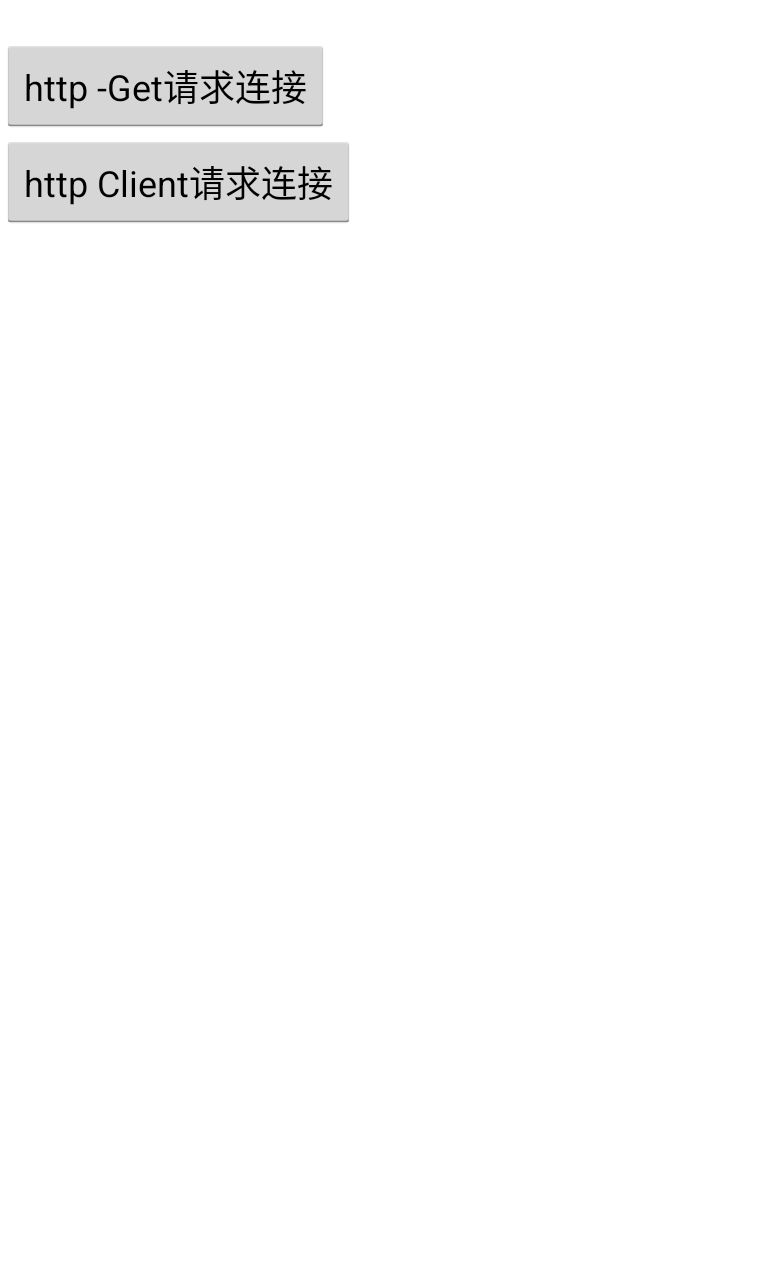
Repository: Lei13/Android
Layout: androidframe/res/layout/http_connect_activity_layout.xml
The author's editor kept a copy of each file at every save. The layout is drawn from the files as they stood at one save, then again after the next save.
It is drawn on a 768 x 1280 px phone screen (xhdpi) without system bars, with theme AppTheme; the app's code is not run.

Above is the layout before, as saved 2015-11-19 02:21:29.

### androidframe/res/layout/http_connect_activity_layout.xml
<?xml version="1.0" encoding="utf-8"?>
<LinearLayout xmlns:android="http://schemas.android.com/apk/res/android"
    android:layout_width="match_parent"
    android:layout_height="match_parent"
    android:orientation="vertical" >
    <TextView
        android:id="@+id/http_show_txt"
        android:layout_width="wrap_content"
        android:layout_height="wrap_content"/>
    <Button
        android:id="@+id/http_request_btn"
        android:layout_width="wrap_content"
        android:layout_height="wrap_content"
        android:text="http -Get请求连接"/>

    <Button
        android:id="@+id/http_client_btn"
        android:layout_width="wrap_content"
        android:layout_height="wrap_content"
        android:text="http Client请求连接"/>

</LinearLayout>

### androidframe/res/values/styles.xml
<resources xmlns:android="http://schemas.android.com/apk/res/android">

    <!--
        Base application theme, dependent on API level. This theme is replaced
        by AppBaseTheme from res/values-vXX/styles.xml on newer devices.
    -->
    <style name="AppBaseTheme" parent="android:Theme.Light">
        <!--
            Theme customizations available in newer API levels can go in
            res/values-vXX/styles.xml, while customizations related to
            backward-compatibility can go here.
        -->
    </style>

    <!-- Application theme. -->
    <style name="AppTheme" parent="AppBaseTheme">
        <!-- All customizations that are NOT specific to a particular API-level can go here. -->
    </style>

    <style name="shape_style">
        <item name="android:layout_width">wrap_content</item>
        <item name="android:layout_height">wrap_content</item>
        <item name="android:textSize">18sp</item>
        <item name="android:padding">5dp</item>
        <item name="android:layout_marginTop">5dp</item>
        <item name="android:gravity">center</item>

    </style>
</resources>

Loaded but not shown: androidframe/res/values-v11/styles.xml (common file); androidframe/res/values-v14/styles.xml (common file)

After the next save:
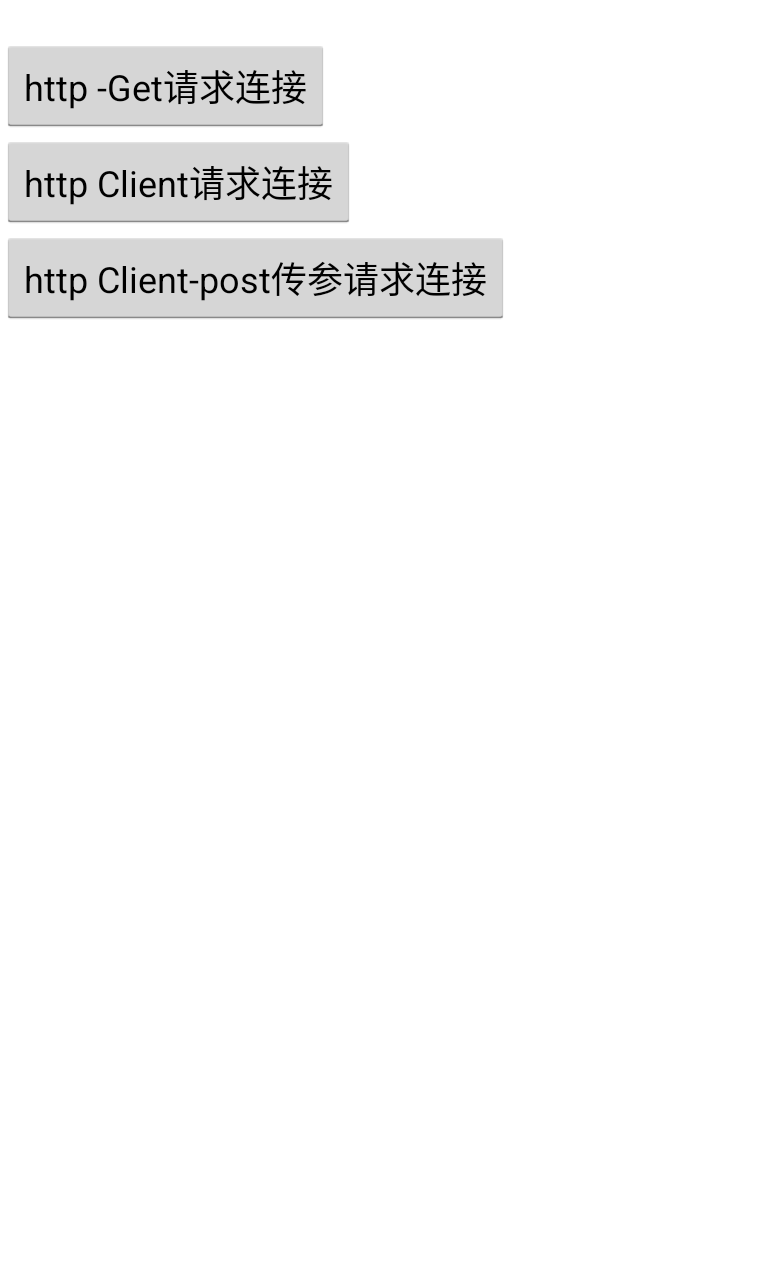
Saved 70 min 58 s later.
--- a/androidframe/res/layout/http_connect_activity_layout.xml
+++ b/androidframe/res/layout/http_connect_activity_layout.xml
@@ -18,5 +18,11 @@
         android:layout_width="wrap_content"
         android:layout_height="wrap_content"
         android:text="http Client请求连接"/>
+    <Button
+        android:id="@+id/http_client_post_btn"
+        android:layout_width="wrap_content"
+        android:layout_height="wrap_content"
+        android:text="http Client-post传参请求连接"/>
+
 
 </LinearLayout>
